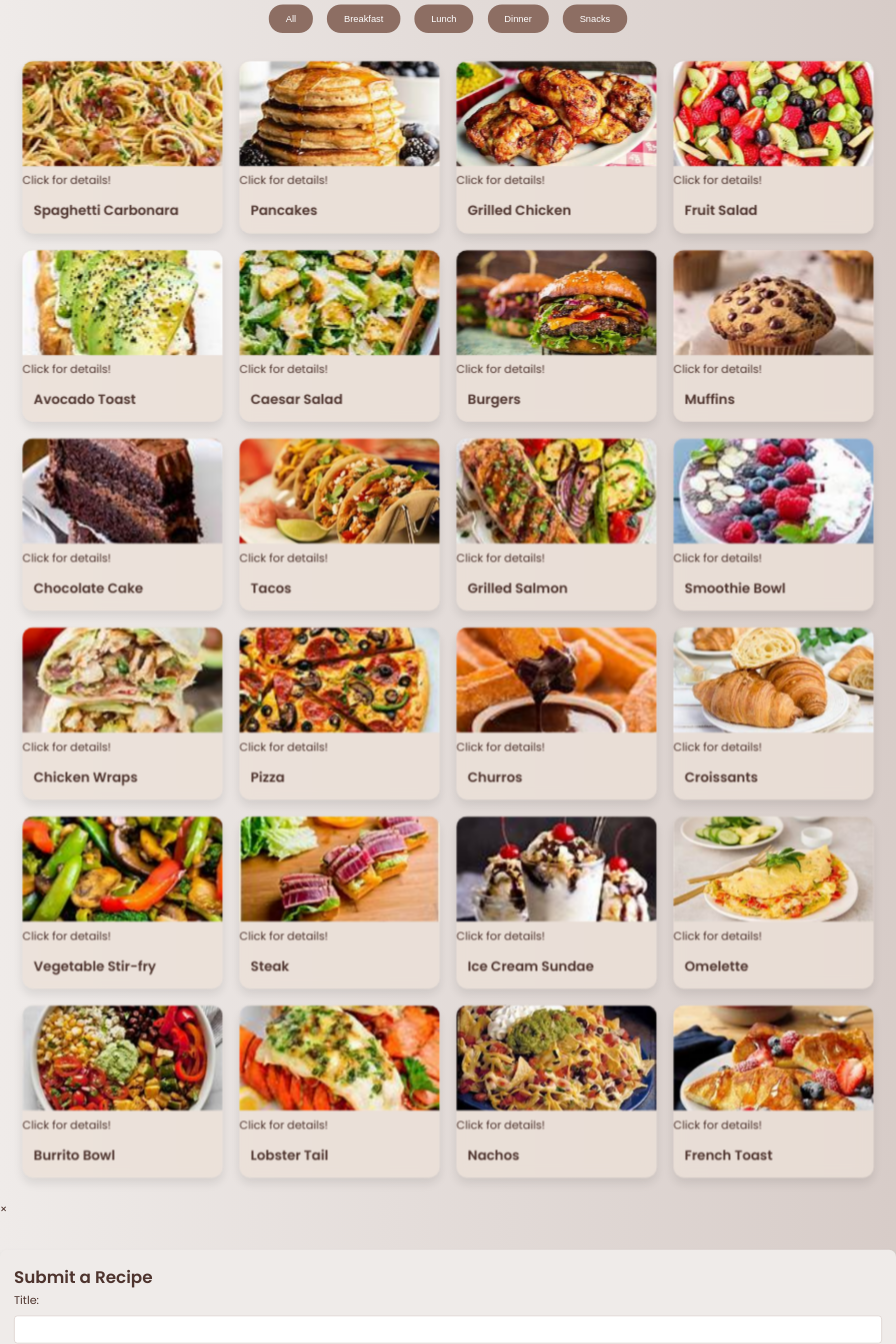
Repository: Patience225/recipe-app
Page: index.html
An editor plug-in stored every save of this project. The page is shown before and after the next save, followed by the edit.
The browser window is 1280 px wide. The pictures show the part of the page from y = 535 to 2455 px (the page is 2801 px tall before and 2648 px after), at 70% of full size.

Above is the page before, as saved 2025-01-27 11:01:25.

After the next save:
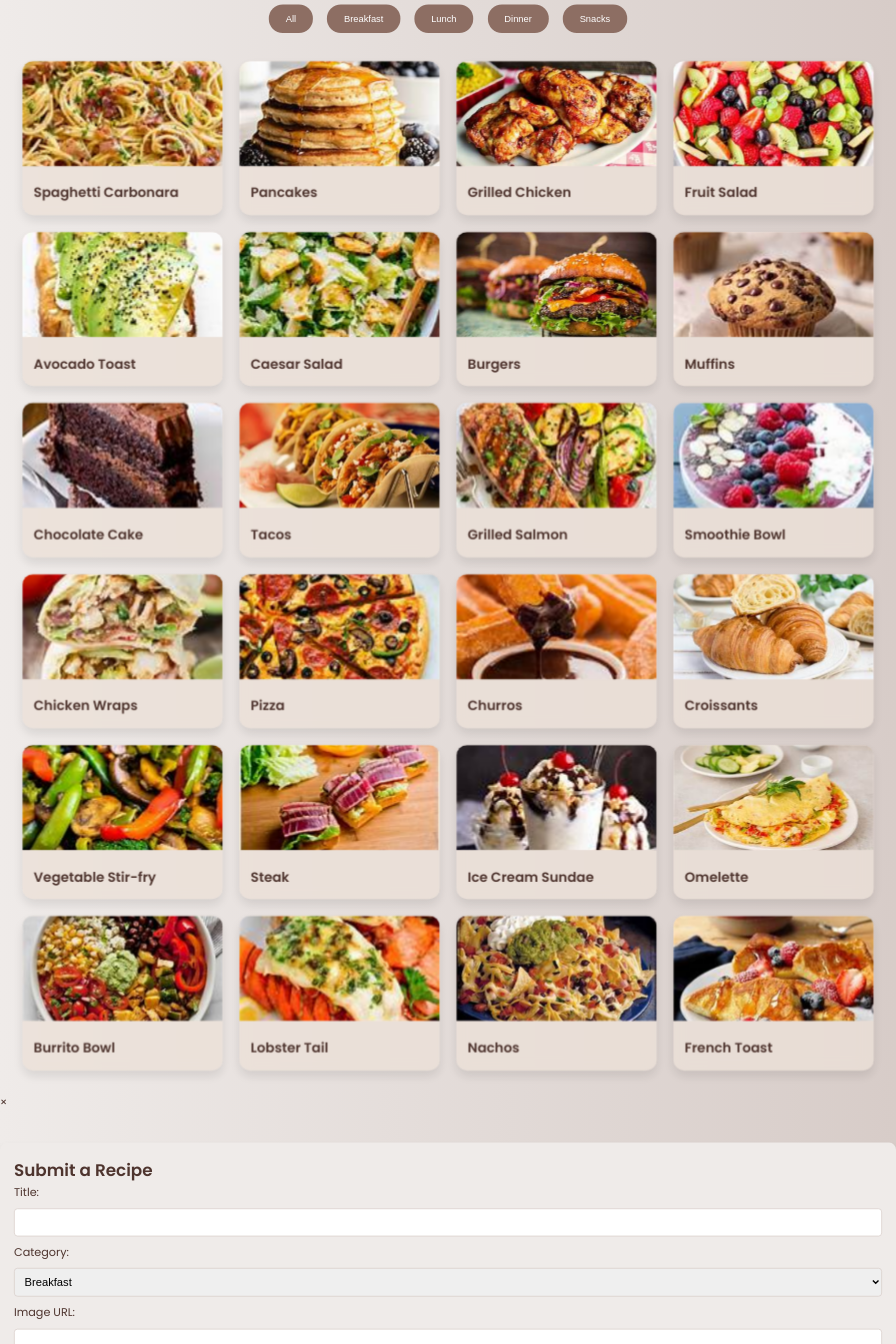
Saved 52 s later.
--- a/script.js
+++ b/script.js
@@ -159,7 +159,7 @@ function displayRecipes(recipesToDisplay) {
       <div class="recipe-card" data-id="${recipe.id}">
         <img src="${recipe.image}" alt="${recipe.title}" loading="lazy">
         <div class="card-back">
-          <p>Click for details!</p>
+
         </div>
         <h3>${recipe.title}</h3>
       </div>
